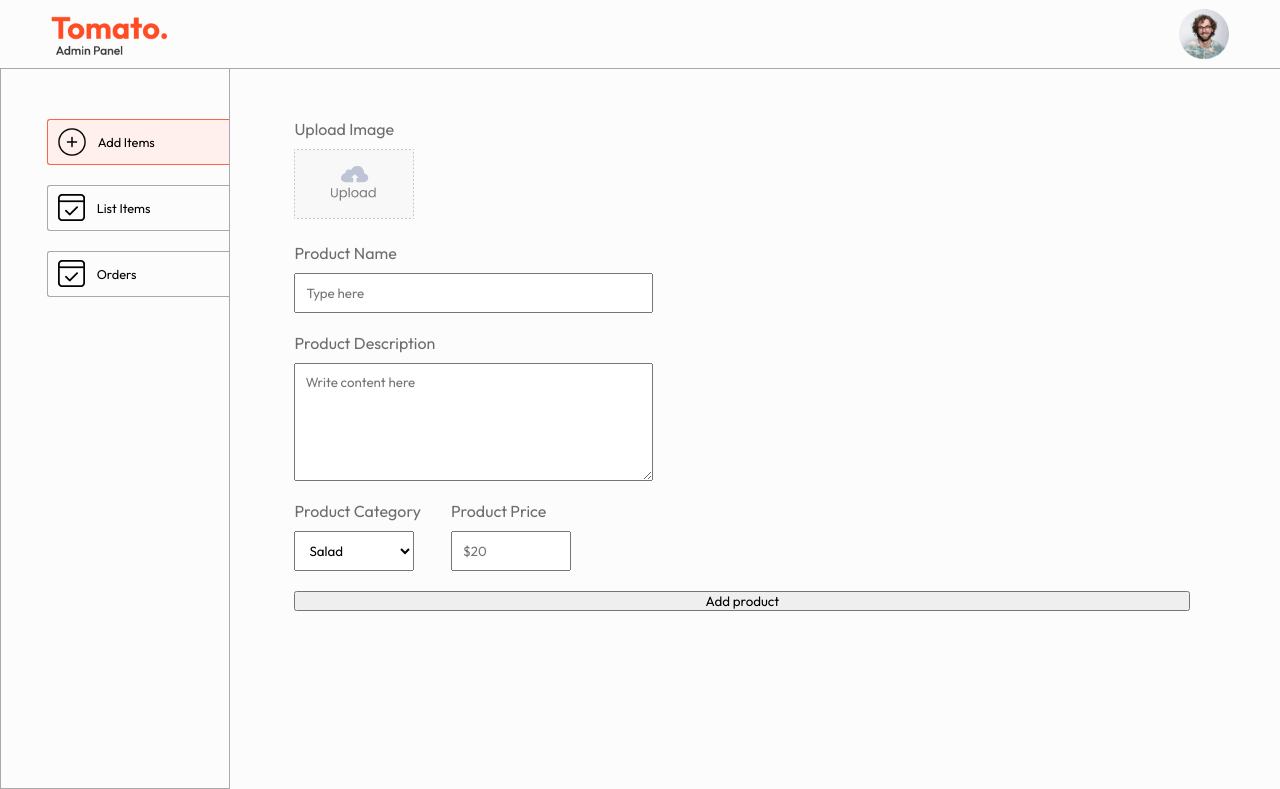
Repository: andrei-nagy/food-del---to-deploy
Page: /add (app in admin/)
An editor plug-in stored every save of this project. The page is shown before and after the next save, followed by the edit.
The browser window is 1280 px wide. The pictures show the whole page.
The project was rebuilt for these pictures with package versions that can differ from the ones it lists, and the page was loaded fresh each time. Also part of the build but not shown: admin/vite.config.js, admin/src/pages/List/List.css, admin/src/pages/List/List.jsx, admin/src/pages/Orders/Orders.jsx.

Above is the page before, as saved 2024-09-24 21:36:13.

### admin/src/main.jsx

import React from 'react'
import ReactDOM  from 'react-dom/client'
import App from './App.jsx'
import './index.css'
import{BrowserRouter} from "react-router-dom"


ReactDOM.createRoot(document.getElementById('root')).render(
  <BrowserRouter>
  <App></App>
  </BrowserRouter>

)

### admin/src/App.jsx
import React from 'react'
import Navbar from './components/Navbar/Navbar'
import Sidebar from './components/Sidebar/Sidebar'
import { Routes, Route } from 'react-router-dom'
import Add from './pages/Add/Add'
import { List } from './pages/List/List'
import Orders from './pages/Orders/Orders'

const App = () => {
  return (
    <div>
        <Navbar></Navbar>
        <hr></hr>
        <div className="app-content">
            <Sidebar/>
            <Routes>
              <Route path="/add" element={<Add></Add>}/>
              <Route path="/list" element={<List></List>}/>
              <Route path="/orders" element={<Orders></Orders>}/>
            </Routes>
        </div>
    </div>
  )
}

export default App

### admin/src/index.css
@import url('https://fonts.googleapis.com/css2?family=Outfit:wght@100..900&display=swap');


*{
  padding: 0px;
  margin: 0px;
  box-sizing: border-box;
  font-family: Outfit;
}

body{
  min-height: 100vh;
  background-color: #fcfcfc;
}

a{
  text-decoration: none;
  color:inherit;
}

hr{
  border: none;
  height: 1px;
  background-color: #a9a9a9;
}

.app-content{
  display: flex;
}

.flex-col{
    display: flex;
    flex-direction: column;
    gap: 10px;
}

### admin/src/components/Navbar/Navbar.jsx
import React from 'react'
import './Navbar.css'
import {assets} from '../../assets/assets'

const Navbar = () => {
    return (
        <div className="navbar">
            <img className="logo" src={assets.logo} alt="" />
            <img src={assets.profile_image} alt="" className="profile" />
        </div>
    )
}

export default Navbar

### admin/src/components/Sidebar/Sidebar.jsx
import React from 'react'
import './Sidebar.css'
import { assets } from '../../assets/assets'
import { NavLink } from 'react-router-dom'
const Sidebar = () => {
  return (
    <div className="sidebar">
        <div className="sidebar-options">
            <NavLink to="/add" className="sidebar-option">
                <img src={assets.add_icon} alt="" />
                <p>Add Items</p>
            </NavLink>
            <NavLink to="/list" className="sidebar-option">
                <img src={assets.order_icon} alt="" />
                <p>List Items</p>
            </NavLink>
            <NavLink to="/orders" className="sidebar-option">
                <img src={assets.order_icon} alt="" />
                <p>Orders</p>
            </NavLink>
        </div>
    </div>
  )
}

export default Sidebar

### admin/src/pages/Add/Add.jsx
import React from 'react'
import './Add.css'
import { assets } from '../../assets/assets'
const Add = () => {
    return (
        <div className='add'>
            <form className='flex-col'>
                <div className="add-img-upload flex-col">
                    <p>Upload Image</p>
                    <label htmlFor="image">
                        <img src={assets.upload_area} alt="" />
                    </label>
                    <input type="file" id='image' hidden required />
                </div>
                <div className="add-product-name flex-col">
                    <p>Product Name</p>
                    <input type="text" name="name" placeholder='Type here' />
                </div>
                <div className="add-product-description flex-col">
                    <p>Product Description</p>
                    <textarea name="description" rows="6" placeholder='Write content here' required></textarea>
                </div>
                <div className="add-category-price">
                    <div className="add-category flex-col">
                        <p>Product Category</p>
                        <select name="category">
                            <option value="Salad">Salad</option>
                            <option value="Rolls">Rolls</option>
                            <option value="Deserts">Deserts</option>
                            <option value="Sandwich">Sandwich</option>
                            <option value="Cake">Cake</option>
                            <option value="Pure Veg">Pure Veg</option>
                            <option value="Pasta">Pasta</option>
                            <option value="Noodles">Noodles</option>
                        </select>
                    </div>
                    <div className="add-price flex-col">
                        <p>Product Price</p>
                        <input type="number" name="price" placeholder='$20' />
                    </div>
                </div>
                <button type='submit' className='add-btn'>Add product</button>
            </form>
        </div>
    )
}

export default Add

### admin/src/components/Navbar/Navbar.css
.navbar {
    display: flex;
    justify-content: space-between;
    align-items: center;
    padding: 8px 4%;
}

.navbar .logo{
    width: max(10%, 80px);
}

.navbar .profile {
    width: 50px;
}

### admin/src/components/Sidebar/Sidebar.css
.sidebar {
    width: 18%;
    min-height: 100vh;
    border: 1.5px solid #a9a9a9;
    border-top: 0;
    font-size: max(1vw, 10px);
}

.sidebar-options {
    padding-top: 50px;
    padding-left: 20%;
    display: flex;
    flex-direction: column;
    gap: 20px;
}

.sidebar-option {
    display: flex;
    align-items: center;
    gap: 12px;
    border: 1px solid #a9a9a9;
    border-right: 0;
    padding: 8px 10px;
    border-radius: 3px 0px 0px 3px;
    cursor: pointer;
}

.sidebar-option.active{
    background-color: #fff0ed;
    border-color: tomato;
}
@media (max-width: 900px) {
    .sidebar-option p {
        display: none;
    }
}

### admin/src/pages/Add/Add.css
.add{
    width: 70%;
    margin-left: max(5vw, 25px);
    margin-top: 50px;
    color: #6d6d6d;
    font-size: 16px;
}

.add form{
    gap: 20px;
}

.add-img-upload img{
    width: 120px;
}

.add-product-name, .add-product-description{
    width: max(40%, 280px);
}
 .add-product-name input, .add-product-description textarea{
    padding: 10px;
 }

 .add-category-price{
    display: flex;
    gap: 30px;
 }

 .add-category-price select, .add-category-price input{
    max-width: 120px;
    padding: 10px;
 }

Loaded but not shown: admin/index.html (common file); admin/src/assets/assets.js (common file); admin/src/pages/Orders/Orders.css (no stored copy; drawn as an empty file)

After the next save:
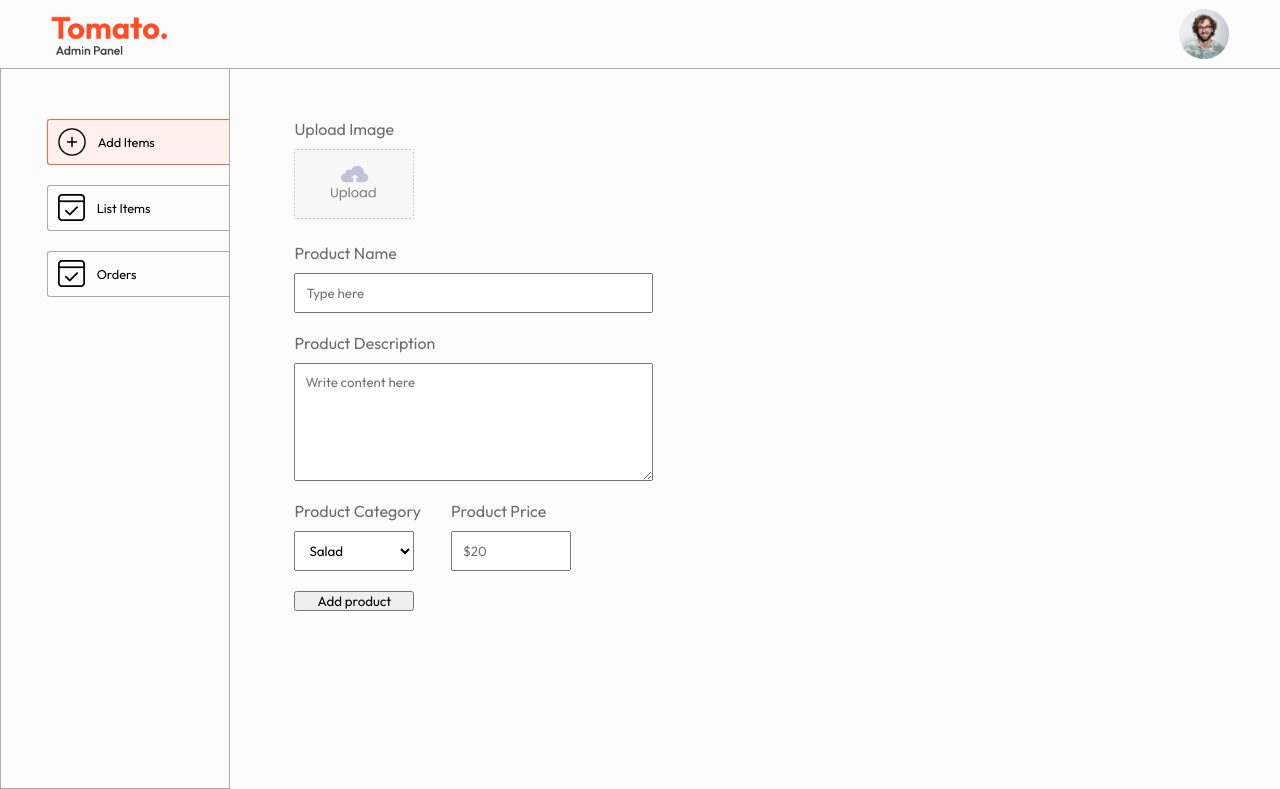
Saved 18 s later.
--- a/admin/src/pages/Add/Add.css
+++ b/admin/src/pages/Add/Add.css
@@ -30,3 +30,7 @@
     max-width: 120px;
     padding: 10px;
  }
+
+ .add-btn{
+    max-width: 120px;
+ }
